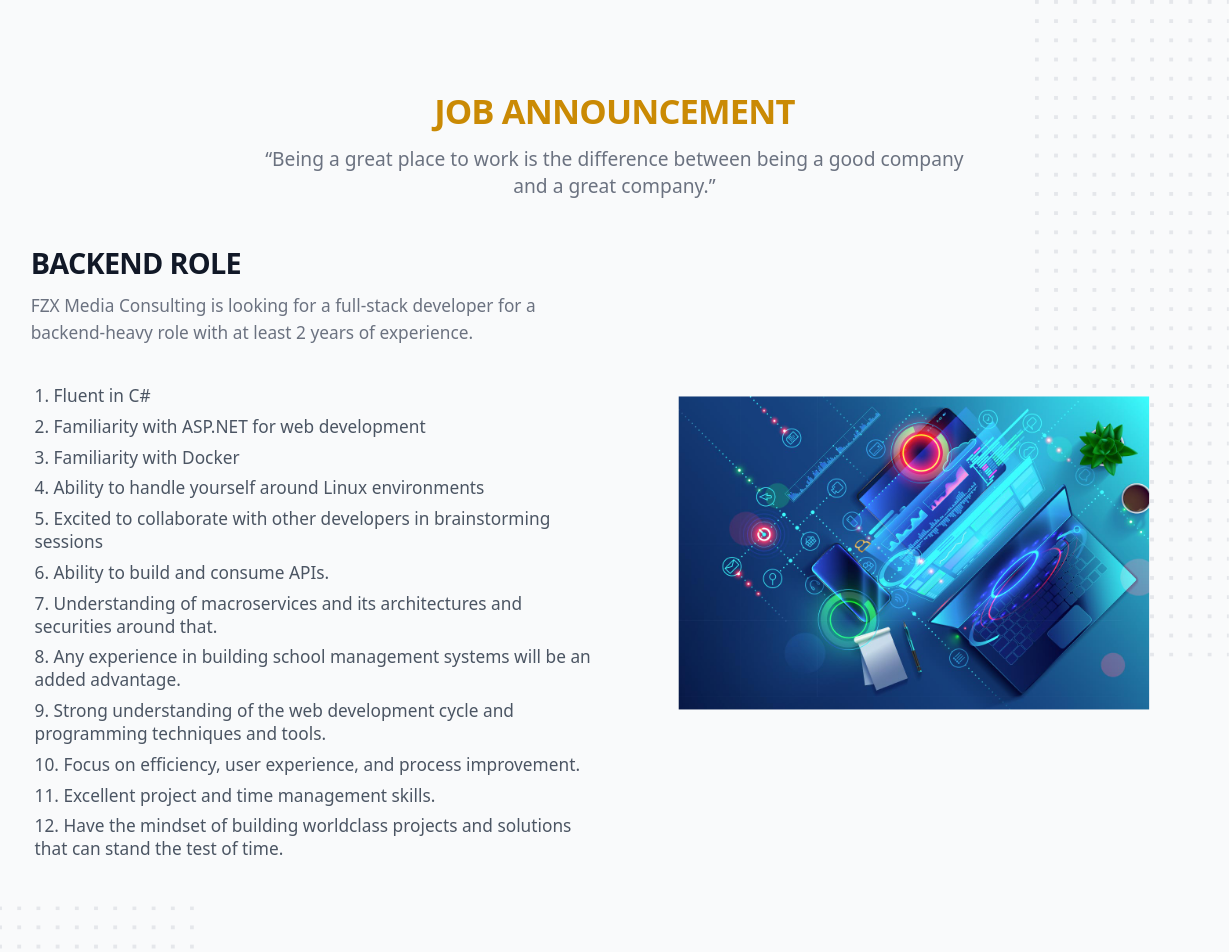
Repository: emorilebo/invotec
Page: /jobs
The author's editor kept a copy of each file at every save. The page is drawn from the files as they stood at one save, then again after the next save.
The browser window is 1280 px wide. The pictures show the whole page, at 96% of full size.
The project was rebuilt for these pictures with package versions that can differ from the ones it lists, and the page was loaded fresh each time. The framework's server and built-in components were replaced by stand-ins that run in the browser. Also part of the build but not shown: next.config.js.

Above is the page before, as saved 2022-12-07 11:31:41.

After the next save:
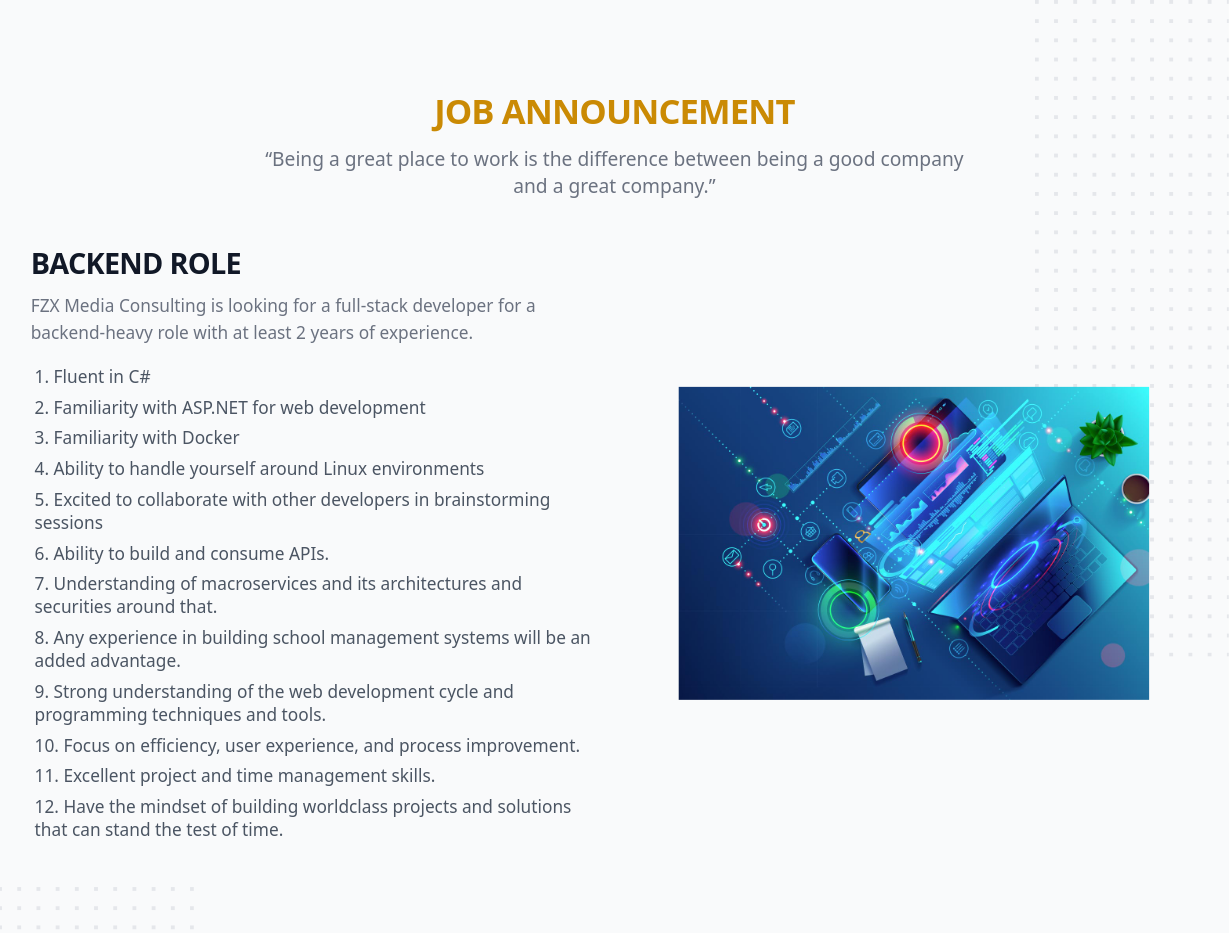
Saved 20 s later.
--- a/pages/jobs.tsx
+++ b/pages/jobs.tsx
@@ -168,7 +168,7 @@ function jobs() {
               backend-heavy role with at least 2 years of experience.
             </p>
 
-            <dl className="mt-10 space-y-2">
+            <dl className="mt-5 space-y-2">
               {transferFeatures.map((item) => (
                 <div key={item.id} className="relative">
                   <dt>
